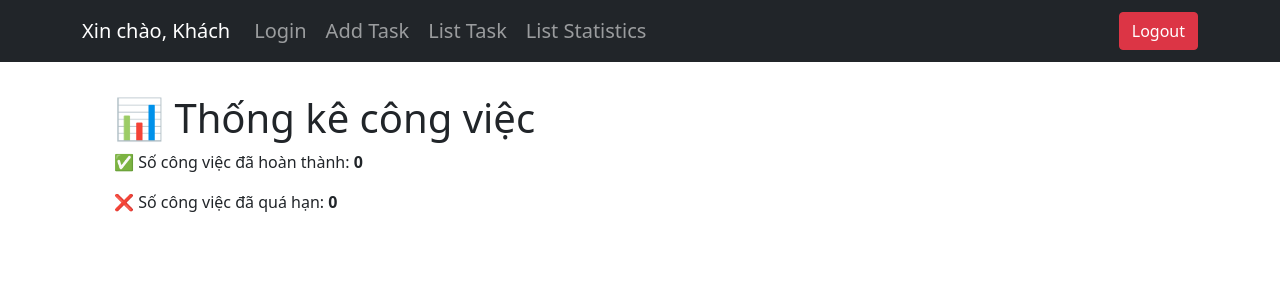
Repository: Lemon-ooo/PersonalTaskManager
Page: /tasks/statistics
An editor plug-in stored every save of this project. The page is shown before and after the next save, followed by the edit.
The browser window is 1280 px wide. The pictures show the whole page.
The project was rebuilt for these pictures with package versions that can differ from the ones it lists, and the page was loaded fresh each time. Also part of the build but not shown: vite.config.ts, src/page/TaskList.tsx, src/components/AuthForm.tsx, src/page/Login.tsx, src/components/TaskForm.tsx, src/page/TaskAdd.tsx, src/page/TaskEdit.tsx.

Above is the page before, as saved 2025-07-27 03:43:56.

### index.html
<!DOCTYPE html>
<html lang="en">
  <head>
    <meta charset="UTF-8" />
    <link rel="icon" type="image/svg+xml" href="/vite.svg" />
    <meta name="viewport" content="width=device-width, initial-scale=1.0" />
    <title>WEB209 REACT - HOADV</title>
    <link
      href="https://cdn.jsdelivr.net/npm/bootstrap@5.0.2/dist/css/bootstrap.min.css"
      rel="stylesheet"
      integrity="sha384-EVSTQN3/azprG1Anm3QDgpJLIm9Nao0Yz1ztcQTwFspd3yD65VohhpuuCOmLASjC"
      crossorigin="anonymous"
    />
  </head>
  <body>
    <div id="root"></div>
    <script type="module" src="/src/main.tsx"></script>
  </body>
</html>

### src/App.tsx
import { Toaster } from "react-hot-toast";
import { Link, useRoutes } from "react-router-dom";
import TaskList from "./page/TaskList";
import Login from "./page/Login";
import TaskAdd from "./page/TaskAdd";
import TaskEdit from "./page/TaskEdit";
import TaskStatistics from "./page/TaskStatistics";

function App() {
  const routes = useRoutes([
    { path: "/", element: <TaskList /> },
    { path: "login", element: <Login /> },
    { path: "tasks/list", element: <TaskList /> },
    { path: "tasks/add", element: <TaskAdd /> },
    { path: "tasks/edit/:id", element: <TaskEdit /> },
    { path: "tasks/statistics", element: <TaskStatistics /> },
  ]);
  return (
    <>
      <nav className="navbar navbar-dark bg-dark navbar-expand-lg">
        <div className="container">
          <span className="navbar-brand">
            {(() => {
              const stored = localStorage.getItem("user");
              const user = stored ? JSON.parse(stored) : null;
              return `Xin chào, ${user?.username || "Khách"}`;
            })()}
          </span>

          <div className="collapse navbar-collapse" id="navbarNav">
            <ul
              className="navbar-nav me-auto mb-2 mb-lg-0"
              style={{ gap: 3, fontSize: 20 }}
            >
              <li className="nav-item">
                <Link className="nav-link" to="/login">
                  Login
                </Link>
              </li>
              <li className="nav-item">
                <Link className="nav-link" to="/tasks/add">
                  Add Task
                </Link>
              </li>
              <li className="nav-item">
                <Link className="nav-link" to="/tasks/list">
                  List Task
                </Link>
              </li>
              <li className="nav-item">
                <Link className="nav-link" to="tasks/statistics">
                  List Statistics
                </Link>
              </li>
            </ul>
          </div>
          <button className="btn btn-danger">Logout</button>
        </div>
      </nav>
      <div className="container">{routes}</div>
      <Toaster />
    </>
  );
}

export default App;

### src/page/TaskStatistics.tsx
import React, { useEffect, useState } from "react";
import { useTask } from "../hooks/useTask";
import dayjs from "dayjs";

export default function TaskStatistics() {
  const { tasks, handlegetAll } = useTask();
  const [doneCount, setDoneCount] = useState(0);
  const [overdueCount, setOverdueCount] = useState(0);

  useEffect(() => {
    handlegetAll();
  }, []);

  useEffect(() => {
    const now = dayjs();

    const done = tasks.filter((task) => task.status === "done").length;
    const overdue = tasks.filter(
      (task) =>
        task.status !== "done" && dayjs(task.dueDate).isBefore(now, "day")
    ).length;

    setDoneCount(done);
    setOverdueCount(overdue);
  }, [tasks]);

  return (
    <div style={{ padding: "2rem" }}>
      <h1>📊 Thống kê công việc</h1>
      <p>
        ✅ Số công việc đã hoàn thành: <strong>{doneCount}</strong>
      </p>
      <p>
        ❌ Số công việc đã quá hạn: <strong>{overdueCount}</strong>
      </p>
    </div>
  );
}

### src/hooks/useTask.ts
import { useState } from "react";
import {
  Task,
  getAll,
  addTask,
  editTask,
  deleteTask,
  getTaskById,
} from "../services/task";
import { useNavigate } from "react-router-dom";
import { useAuth } from "./useAuth";
import toast from "react-hot-toast";

export function useTask() {
  const [tasks, setTasks] = useState<Task[]>([]);
  const navigate = useNavigate();
  const { getCurrentUser } = useAuth();
  const currentUser = getCurrentUser();

  async function handlegetAll() {
    if (!currentUser) {
      toast.error("Không xác định được người dùng.");
      return;
    }
    try {
      const res = await getAll(currentUser.username);
      setTasks(res.data);
    } catch (err) {
      console.error(err);
      toast.error("Lỗi khi lấy danh sách task.");
    }
  }
  async function handleGetDetail(id: string): Promise<Task | null> {
    if (!currentUser) {
      toast.error("Không xác định người dùng.");
      return null;
    }

    try {
      const res = await getTaskById(id);
      const task = res.data;

      if (task.username !== currentUser.username) {
        toast.error("Bạn không có quyền xem task này.");
        navigate("/tasks/list");
        return null;
      }

      return task;
    } catch (err) {
      toast.error("Không tìm thấy task.");
      navigate("/tasks/list");
      return null;
    }
  }

  async function handleAdd(task: Task) {
    if (!currentUser) return;

    try {
      await addTask({ ...task, username: currentUser.username });
      toast.success("Thêm task thành công");
      navigate("/tasks/list");
    } catch (err) {
      toast.error("Lỗi khi thêm task.");
    }
  }

  async function handleEdit(task: Task, id: string) {
    try {
      const oldTask = await handleGetDetail(id);
      if (!oldTask) return;

      const updatedTask = { ...task, username: oldTask.username }; // giữ lại username gốc

      await editTask(updatedTask, id);
      toast.success("Sửa task thành công");
      navigate("/tasks/list");
    } catch (err) {
      toast.error("Lỗi khi sửa task.");
    }
  }

  async function handleDelete(id: string) {
    try {
      await deleteTask(id);
      toast.success("Xoá thành công");
      handlegetAll(); // cập nhật lại list
    } catch (err) {
      toast.error("Lỗi khi xoá task.");
    }
  }

  return {
    tasks,
    handlegetAll,
    handleAdd,
    handleEdit,
    handleDelete,
    handleGetDetail,
  };
}

### src/hooks/useAuth.ts
import { User } from "../services/auth";
import toast from "react-hot-toast";
import { useNavigate } from "react-router-dom";

export function useAuth() {
  const nav = useNavigate();

  function handleLogin(user: User) {
    localStorage.setItem("user", JSON.stringify(user));
    toast.success("Login successful");
    nav("/");
  }

  function handleLogout() {
    localStorage.removeItem("user");
    toast.success("Logged out");
    nav("/login");
  }

  function getCurrentUser(): User | null {
    const stored = localStorage.getItem("user");
    return stored ? JSON.parse(stored) : null;
  }

  return {
    handleLogin,
    handleLogout,
    getCurrentUser,
  };
}

### src/services/task.ts
import axios from "axios";

export type Task = {
  id?: string;
  title: string;
  description: string;
  dueDate: string;
  status: "todo" | "in-progress" | "done";
  username: string;
};

export function addTask(data: Task) {
  return axios.post("http://localhost:3000/tasks", data);
}
export function editTask(data: Task, id: string) {
  return axios.put("http://localhost:3000/tasks/" + id, data);
}
export function getAll(username: string) {
  return axios.get("http://localhost:3000/tasks?username=" + username);
}
export function getTaskById(id: string) {
  return axios.get("http://localhost:3000/tasks/" + id);
}
export function deleteTask(id: string) {
  return axios.delete("http://localhost:3000/tasks/" + id);
}

Loaded but not shown: src/main.tsx (common file); src/index.css (no stored copy; drawn as an empty file)

After the next save:
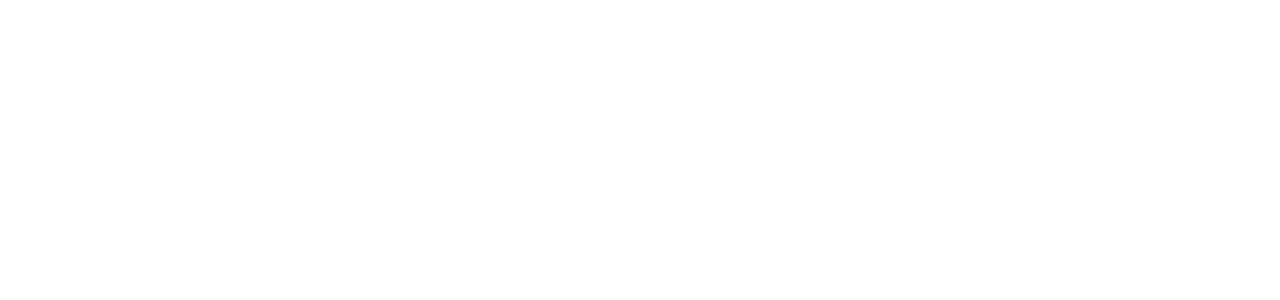
Console error: ReferenceError: totalCount is not defined
Saved 64 s later.
--- a/src/page/TaskStatistics.tsx
+++ b/src/page/TaskStatistics.tsx
@@ -21,12 +21,16 @@
     ).length;
 
     setDoneCount(done);
+    setTotalCount(total);
     setOverdueCount(overdue);
   }, [tasks]);
 
   return (
     <div style={{ padding: "2rem" }}>
       <h1>📊 Thống kê công việc</h1>
+      <p>
+        📌 Tổng số công việc: <strong>{totalCount}</strong>
+      </p>
       <p>
         ✅ Số công việc đã hoàn thành: <strong>{doneCount}</strong>
       </p>

After the 2 saves that followed:
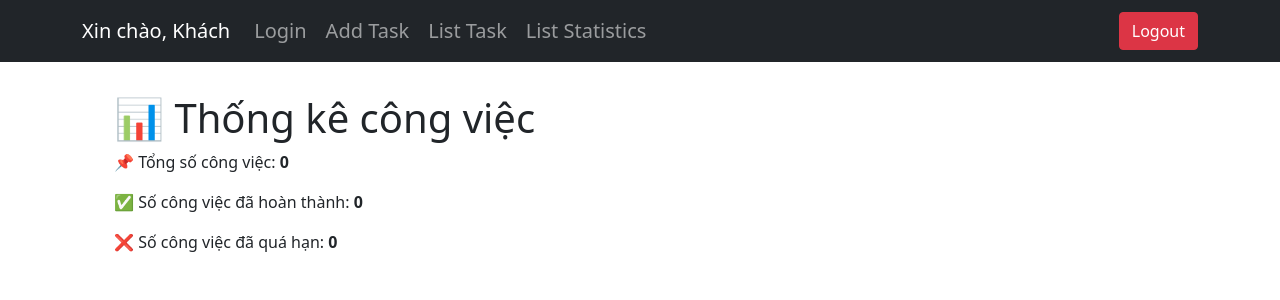
The error is gone.
The 2 saves are shown as one change because 1 left the picture as it was.
The last was saved 47 s later.
--- a/src/page/TaskStatistics.tsx
+++ b/src/page/TaskStatistics.tsx
@@ -6,6 +6,7 @@
   const { tasks, handlegetAll } = useTask();
   const [doneCount, setDoneCount] = useState(0);
   const [overdueCount, setOverdueCount] = useState(0);
+  const [totalCount, setTotalCount] = useState(0);
 
   useEffect(() => {
     handlegetAll();
@@ -19,6 +20,8 @@
       (task) =>
         task.status !== "done" && dayjs(task.dueDate).isBefore(now, "day")
     ).length;
+
+    const total = tasks.length;
 
     setDoneCount(done);
     setTotalCount(total);
